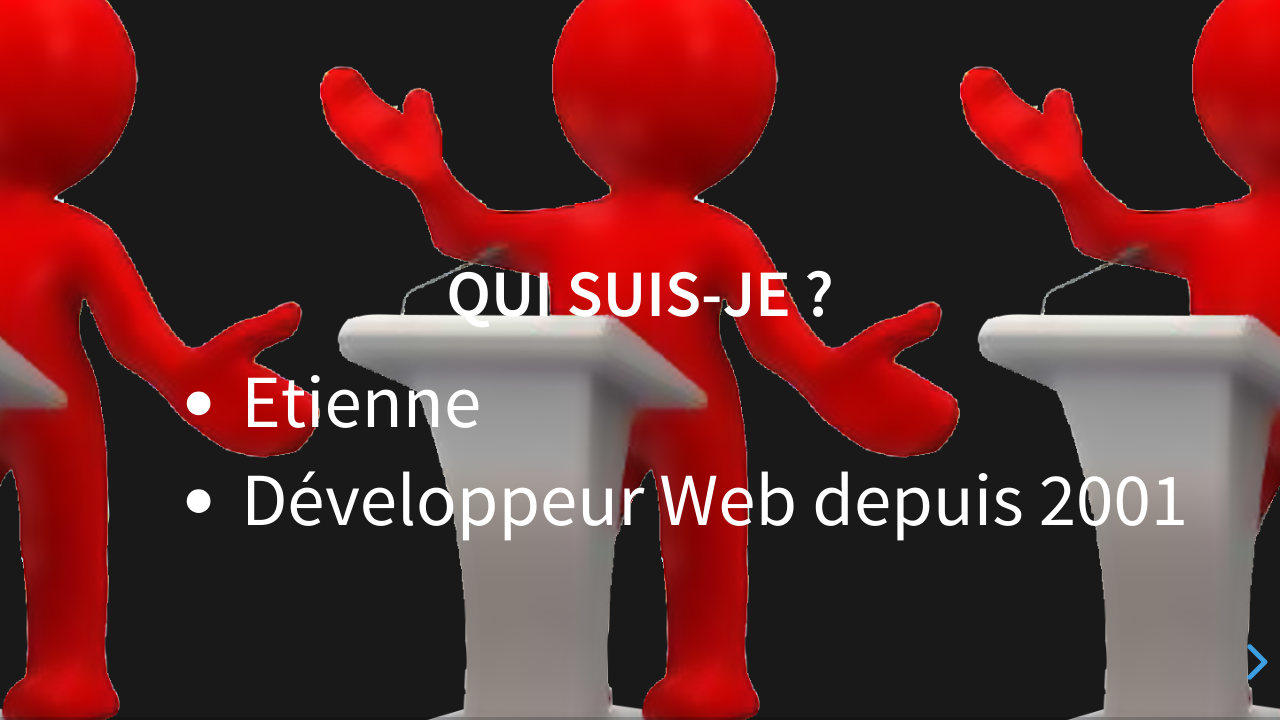
Repository: cutesquirrel/pres-college
Page: index.html
The author's editor kept a copy of each file at every save. The page is drawn from the files as they stood at one save, then again after the next save.
The browser window is 1280 px wide. The pictures show the whole page.

Above is the page before, as saved 2024-03-31 10:38:22.

### index.html
<!doctype html>
<html lang="en">
	<head>
		<meta charset="utf-8">
		<meta name="viewport" content="width=device-width, initial-scale=1.0, maximum-scale=1.0, user-scalable=no">

		<title>reveal.js</title>

		<link rel="stylesheet" href="dist/reset.css">
		<link rel="stylesheet" href="dist/reveal.css">
		<link rel="stylesheet" href="dist/theme/black.css">

		<!-- Theme used for syntax highlighted code -->
		<link rel="stylesheet" href="plugin/highlight/monokai.css">
	</head>
	<body>
		<div class="reveal">
			<div class="slides">
				<section data-background-image="./whoami.png" data-background-size="640px" data-background-repeat="repeat">
					<h2>Qui suis-je ?</h2>
					<ul class="r-fit-text" >
						<li>Etienne</li>
						<li>Développeur Web depuis 2001</li>
					</ul>
				</section>
				<section data-background-image="./fond_dev.png" >
					<h2>Développement ?</h2>
				</section>
				<section>

					<h2>Idées de thèmes</h2>
					<ul class="r-fit-text">
<li class="fragment fade-left">Les différentes activités réalisées dans votre travail
Développement Web
Gestion de projet
Management d'équipe
Travailler avec les fournisseurs : hébergeur, avis clients par ex, réseaux sociaux
Réunions d'équipe : qui travaille sur quoi ?
Réunions pour préparer des nouveaux projets
Réunions de crise : gros souci sur un site, on ne vend plus ? panique à bord ?


</li>
<li class="fragment fade-left">Description d'une journée type
	Je dirige une équipe de 8 personnes, coupée en 3 : une partie à Aix, l'autre à Montpellier, 1 en Bretagne
	On utilise donc beaucoup Slack, un outil pour communiquer entre nous, comme WhatsApp
Outils de chat : 2
</li>

<li class="fragment fade-left">les horaires de travail -

	9h-12h/14h-18h environ</li>

<li class="fragment fade-left">lieu(x) d’exercice du métier:

	dans l'entreprise, à Aix, ou en télétravail 2j/semaine</li>

<li class="fragment fade-left">les qualités et compétences demandées
	passioné par le développement
  curieux, inventif
	aimer travailler en équipe
	autonôme parfois
</li>

<li class="fragment fade-left">votre parcours de formation
ESIGELEC, école d'ingénieur généraliste.
Plein d'autres formations possibles : EPITECH, l'école 42, BTS, BUT, formation de reconversion


</li>
<li class="fragment fade-left">la place de l’anglais dans votre profession</li>
<li class="fragment fade-left">L’éducation nationale s’engage pour le développement durable et la transition écologique :
	la question de l’environnement est au coeur des nouveaux programme du lycée.

	parler de la question de la consommation énergétique
	Green IT ?
  Netflix, moteurs de recherche comme Google, l'intelligence articielle, le bitcoin - consommation énergétique monstrueuse


</li>
<li class="fragment fade-left">Entreprise ? égalité fille/ garçon: la part des femmes et des hommes dans votre entreprise

	Parmi les développeurs/euses, il y a encore peu de femmes.
	La preuve, je n'ai qu'une femme dans mon équipe sur 8 personnes...

	Par contre, au service marketing, dont je fais partie, c'est principalement des femmes :
	   graphistes, designeuses
	   community manager
		 responsable produit
		 ventes

  De nombreuses initiatives existent pour promouvoir la place de la femme dans ce métier.

</li>
					</ul>

TROUVER QQ PHOTOS HOMAIR
QQ PHOTOS AGREMENTANT LA PRESENTATION

				</section>
				<section>
					<section>Slide 2.1</section>
					<section>Slide 2.2</section>
				</section>
				<section data-transition="convex">
					<h3>data-transition: convex</h3>
				</section>
				<section data-background="indigo">
					<h2>Scroll triggered fragments</h2>
					<ul>
						<li class="fragment fade-left">Step one</li>
						<li class="fragment fade-left">Step two</li>
						<li class="fragment fade-left">Step three</li>
					</ul>
				</section>
			</div>
		</div>

		<script src="dist/reveal.js"></script>
		<script src="plugin/notes/notes.js"></script>
		<script src="plugin/markdown/markdown.js"></script>
		<script src="plugin/highlight/highlight.js"></script>
		<script>
			// More info about initialization & config:
			// - https://revealjs.com/initialization/
			// - https://revealjs.com/config/
			Reveal.initialize({
				hash: true,

				// Learn about plugins: https://revealjs.com/plugins/
				plugins: [ RevealMarkdown, RevealHighlight, RevealNotes ]
			});
		</script>
	</body>
</html>

### dist/theme/black.css
/**
 * Black theme for reveal.js. This is the opposite of the 'white' theme.
 *
 * By Hakim El Hattab, http://hakim.se
 */
@import url(./fonts/source-sans-pro/source-sans-pro.css);
section.has-light-background, section.has-light-background h1, section.has-light-background h2, section.has-light-background h3, section.has-light-background h4, section.has-light-background h5, section.has-light-background h6 {
  color: #222;
}

/*********************************************
 * GLOBAL STYLES
 *********************************************/
:root {
  --r-background-color: #191919;
  --r-main-font: Source Sans Pro, Helvetica, sans-serif;
  --r-main-font-size: 42px;
  --r-main-color: #fff;
  --r-block-margin: 20px;
  --r-heading-margin: 0 0 20px 0;
  --r-heading-font: Source Sans Pro, Helvetica, sans-serif;
  --r-heading-color: #fff;
  --r-heading-line-height: 1.2;
  --r-heading-letter-spacing: normal;
  --r-heading-text-transform: uppercase;
  --r-heading-text-shadow: none;
  --r-heading-font-weight: 600;
  --r-heading1-text-shadow: none;
  --r-heading1-size: 2.5em;
  --r-heading2-size: 1.6em;
  --r-heading3-size: 1.3em;
  --r-heading4-size: 1em;
  --r-code-font: monospace;
  --r-link-color: #42affa;
  --r-link-color-dark: #068de9;
  --r-link-color-hover: #8dcffc;
  --r-selection-background-color: rgba(66, 175, 250, 0.75);
  --r-selection-color: #fff;
  --r-overlay-element-bg-color: 240, 240, 240;
  --r-overlay-element-fg-color: 0, 0, 0;
}

.reveal-viewport {
  background: #191919;
  background-color: var(--r-background-color);
}

.reveal {
  font-family: var(--r-main-font);
  font-size: var(--r-main-font-size);
  font-weight: normal;
  color: var(--r-main-color);
}

.reveal ::selection {
  color: var(--r-selection-color);
  background: var(--r-selection-background-color);
  text-shadow: none;
}

.reveal ::-moz-selection {
  color: var(--r-selection-color);
  background: var(--r-selection-background-color);
  text-shadow: none;
}

.reveal .slides section,
.reveal .slides section > section {
  line-height: 1.3;
  font-weight: inherit;
}

/*********************************************
 * HEADERS
 *********************************************/
.reveal h1,
.reveal h2,
.reveal h3,
.reveal h4,
.reveal h5,
.reveal h6 {
  margin: var(--r-heading-margin);
  color: var(--r-heading-color);
  font-family: var(--r-heading-font);
  font-weight: var(--r-heading-font-weight);
  line-height: var(--r-heading-line-height);
  letter-spacing: var(--r-heading-letter-spacing);
  text-transform: var(--r-heading-text-transform);
  text-shadow: var(--r-heading-text-shadow);
  word-wrap: break-word;
}

.reveal h1 {
  font-size: var(--r-heading1-size);
}

.reveal h2 {
  font-size: var(--r-heading2-size);
}

.reveal h3 {
  font-size: var(--r-heading3-size);
}

.reveal h4 {
  font-size: var(--r-heading4-size);
}

.reveal h1 {
  text-shadow: var(--r-heading1-text-shadow);
}

/*********************************************
 * OTHER
 *********************************************/
.reveal p {
  margin: var(--r-block-margin) 0;
  line-height: 1.3;
}

/* Remove trailing margins after titles */
.reveal h1:last-child,
.reveal h2:last-child,
.reveal h3:last-child,
.reveal h4:last-child,
.reveal h5:last-child,
.reveal h6:last-child {
  margin-bottom: 0;
}

/* Ensure certain elements are never larger than the slide itself */
.reveal img,
.reveal video,
.reveal iframe {
  max-width: 95%;
  max-height: 95%;
}

.reveal strong,
.reveal b {
  font-weight: bold;
}

.reveal em {
  font-style: italic;
}

.reveal ol,
.reveal dl,
.reveal ul {
  display: inline-block;
  text-align: left;
  margin: 0 0 0 1em;
}

.reveal ol {
  list-style-type: decimal;
}

.reveal ul {
  list-style-type: disc;
}

.reveal ul ul {
  list-style-type: square;
}

.reveal ul ul ul {
  list-style-type: circle;
}

.reveal ul ul,
.reveal ul ol,
.reveal ol ol,
.reveal ol ul {
  display: block;
  margin-left: 40px;
}

.reveal dt {
  font-weight: bold;
}

.reveal dd {
  margin-left: 40px;
}

.reveal blockquote {
  display: block;
  position: relative;
  width: 70%;
  margin: var(--r-block-margin) auto;
  padding: 5px;
  font-style: italic;
  background: rgba(255, 255, 255, 0.05);
  box-shadow: 0px 0px 2px rgba(0, 0, 0, 0.2);
}

.reveal blockquote p:first-child,
.reveal blockquote p:last-child {
  display: inline-block;
}

.reveal q {
  font-style: italic;
}

.reveal pre {
  display: block;
  position: relative;
  width: 90%;
  margin: var(--r-block-margin) auto;
  text-align: left;
  font-size: 0.55em;
  font-family: var(--r-code-font);
  line-height: 1.2em;
  word-wrap: break-word;
  box-shadow: 0px 5px 15px rgba(0, 0, 0, 0.15);
}

.reveal code {
  font-family: var(--r-code-font);
  text-transform: none;
  tab-size: 2;
}

.reveal pre code {
  display: block;
  padding: 5px;
  overflow: auto;
  max-height: 400px;
  word-wrap: normal;
}

.reveal .code-wrapper {
  white-space: normal;
}

.reveal .code-wrapper code {
  white-space: pre;
}

.reveal table {
  margin: auto;
  border-collapse: collapse;
  border-spacing: 0;
}

.reveal table th {
  font-weight: bold;
}

.reveal table th,
.reveal table td {
  text-align: left;
  padding: 0.2em 0.5em 0.2em 0.5em;
  border-bottom: 1px solid;
}

.reveal table th[align=center],
.reveal table td[align=center] {
  text-align: center;
}

.reveal table th[align=right],
.reveal table td[align=right] {
  text-align: right;
}

.reveal table tbody tr:last-child th,
.reveal table tbody tr:last-child td {
  border-bottom: none;
}

.reveal sup {
  vertical-align: super;
  font-size: smaller;
}

.reveal sub {
  vertical-align: sub;
  font-size: smaller;
}

.reveal small {
  display: inline-block;
  font-size: 0.6em;
  line-height: 1.2em;
  vertical-align: top;
}

.reveal small * {
  vertical-align: top;
}

.reveal img {
  margin: var(--r-block-margin) 0;
}

/*********************************************
 * LINKS
 *********************************************/
.reveal a {
  color: var(--r-link-color);
  text-decoration: none;
  transition: color 0.15s ease;
}

.reveal a:hover {
  color: var(--r-link-color-hover);
  text-shadow: none;
  border: none;
}

.reveal .roll span:after {
  color: #fff;
  background: var(--r-link-color-dark);
}

/*********************************************
 * Frame helper
 *********************************************/
.reveal .r-frame {
  border: 4px solid var(--r-main-color);
  box-shadow: 0 0 10px rgba(0, 0, 0, 0.15);
}

.reveal a .r-frame {
  transition: all 0.15s linear;
}

.reveal a:hover .r-frame {
  border-color: var(--r-link-color);
  box-shadow: 0 0 20px rgba(0, 0, 0, 0.55);
}

/*********************************************
 * NAVIGATION CONTROLS
 *********************************************/
.reveal .controls {
  color: var(--r-link-color);
}

/*********************************************
 * PROGRESS BAR
 *********************************************/
.reveal .progress {
  background: rgba(0, 0, 0, 0.2);
  color: var(--r-link-color);
}

/*********************************************
 * PRINT BACKGROUND
 *********************************************/
@media print {
  .backgrounds {
    background-color: var(--r-background-color);
  }
}

### plugin/highlight/monokai.css
/*
Monokai style - ported by Luigi Maselli - http://grigio.org
*/

.hljs {
  display: block;
  overflow-x: auto;
  padding: 0.5em;
  background: #272822;
  color: #ddd;
}

.hljs-tag,
.hljs-keyword,
.hljs-selector-tag,
.hljs-literal,
.hljs-strong,
.hljs-name {
  color: #f92672;
}

.hljs-code {
  color: #66d9ef;
}

.hljs-class .hljs-title {
  color: white;
}

.hljs-attribute,
.hljs-symbol,
.hljs-regexp,
.hljs-link {
  color: #bf79db;
}

.hljs-string,
.hljs-bullet,
.hljs-subst,
.hljs-title,
.hljs-section,
.hljs-emphasis,
.hljs-type,
.hljs-built_in,
.hljs-builtin-name,
.hljs-selector-attr,
.hljs-selector-pseudo,
.hljs-addition,
.hljs-variable,
.hljs-template-tag,
.hljs-template-variable {
  color: #a6e22e;
}

.hljs-comment,
.hljs-quote,
.hljs-deletion,
.hljs-meta {
  color: #75715e;
}

.hljs-keyword,
.hljs-selector-tag,
.hljs-literal,
.hljs-doctag,
.hljs-title,
.hljs-section,
.hljs-type,
.hljs-selector-id {
  font-weight: bold;
}

Loaded but not shown: dist/reset.css (common file); dist/reveal.css (library); dist/reveal.js (library); plugin/notes/notes.js (library); plugin/markdown/markdown.js (library); plugin/highlight/highlight.js (library); dist/theme/fonts/source-sans-pro/source-sans-pro.css (common file)

After the next save:
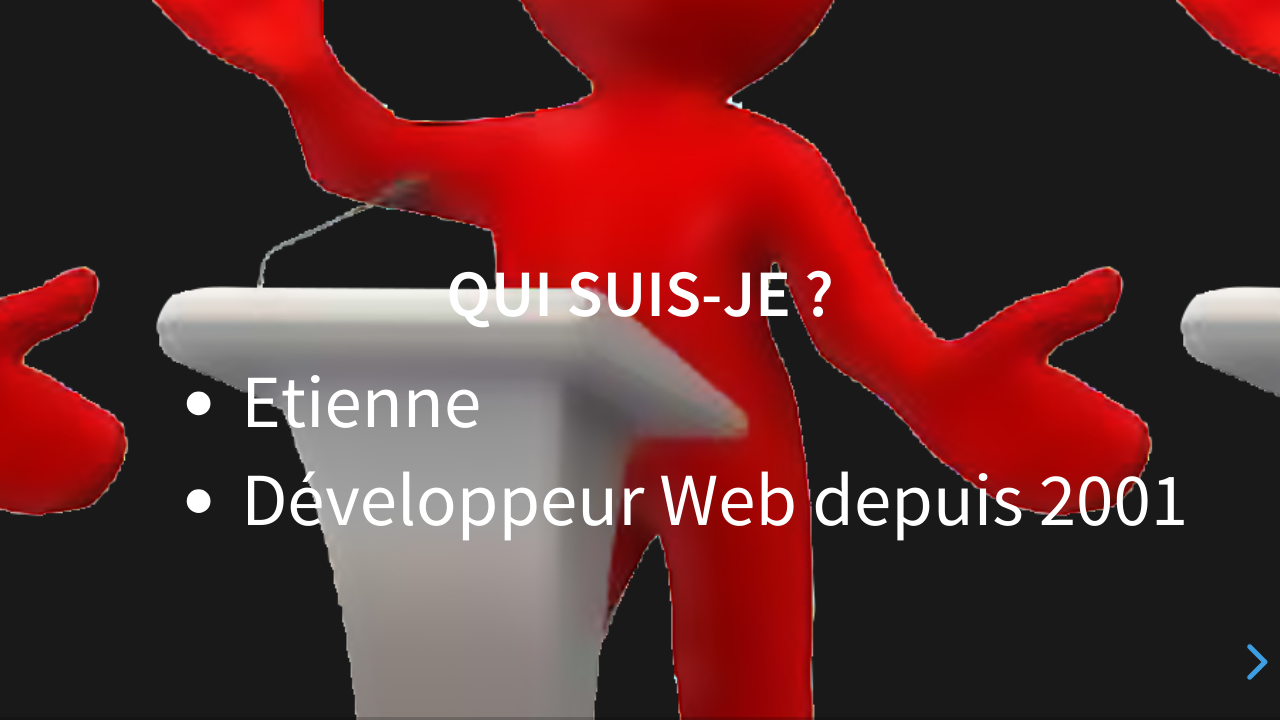
Saved 4 s later.
--- a/index.html
+++ b/index.html
@@ -16,7 +16,7 @@
 	<body>
 		<div class="reveal">
 			<div class="slides">
-				<section data-background-image="./whoami.png" data-background-size="640px" data-background-repeat="repeat">
+				<section data-background-image="./whoami.png" data-background-size="1024px" data-background-repeat="repeat">
 					<h2>Qui suis-je ?</h2>
 					<ul class="r-fit-text" >
 						<li>Etienne</li>
